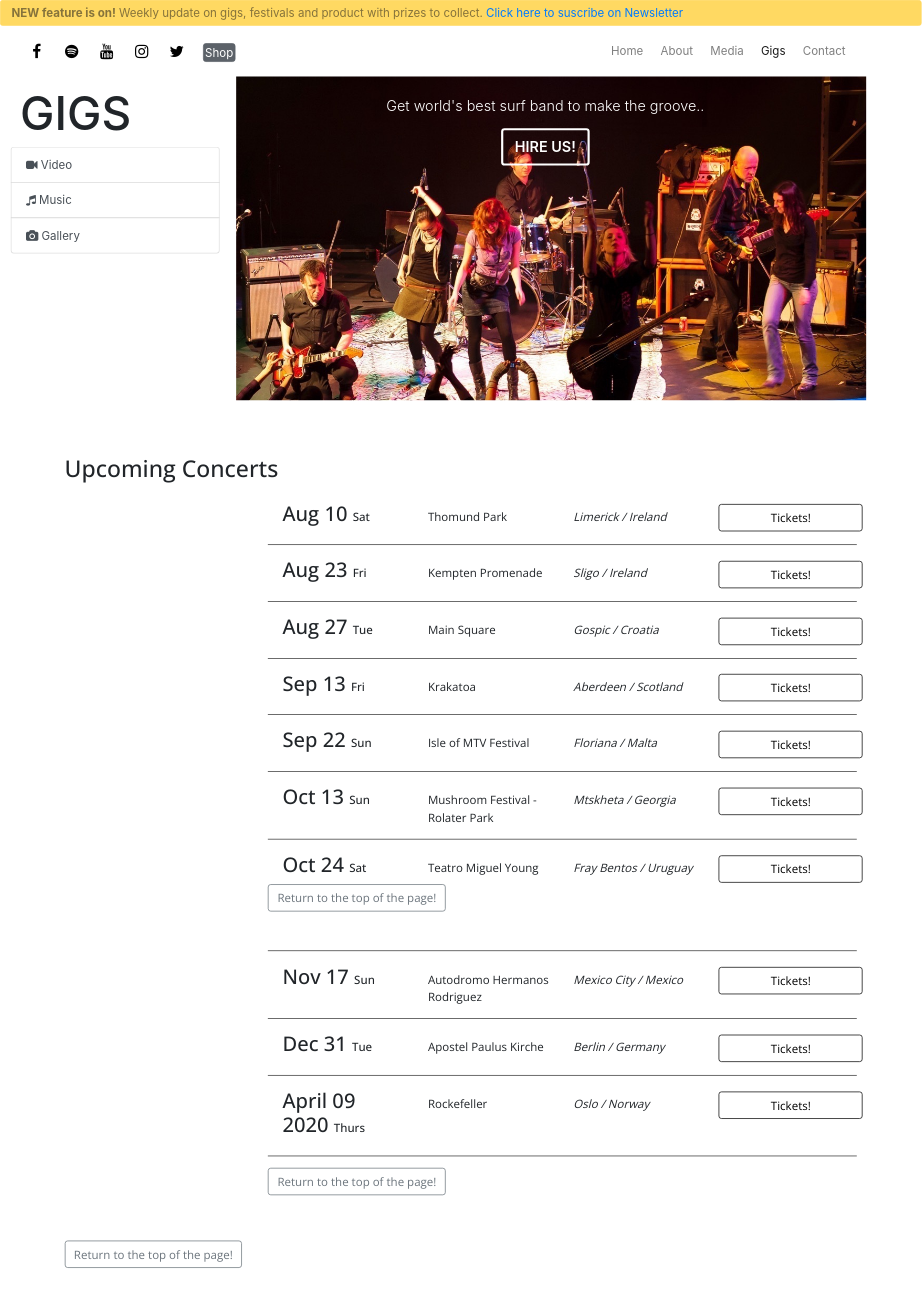
Repository: NamcorStudent/Stream_1_Project_HTML5-CSS3
Page: gigs.html
The author's editor kept a record of every edit. The page is drawn from the files as they stood at one moment, then again after the next edit.
The browser window is 1280 px wide. The pictures show the whole page, at 72% of full size.
Some web libraries are served in a nearby version.

Above is the page before.

After the next edit:
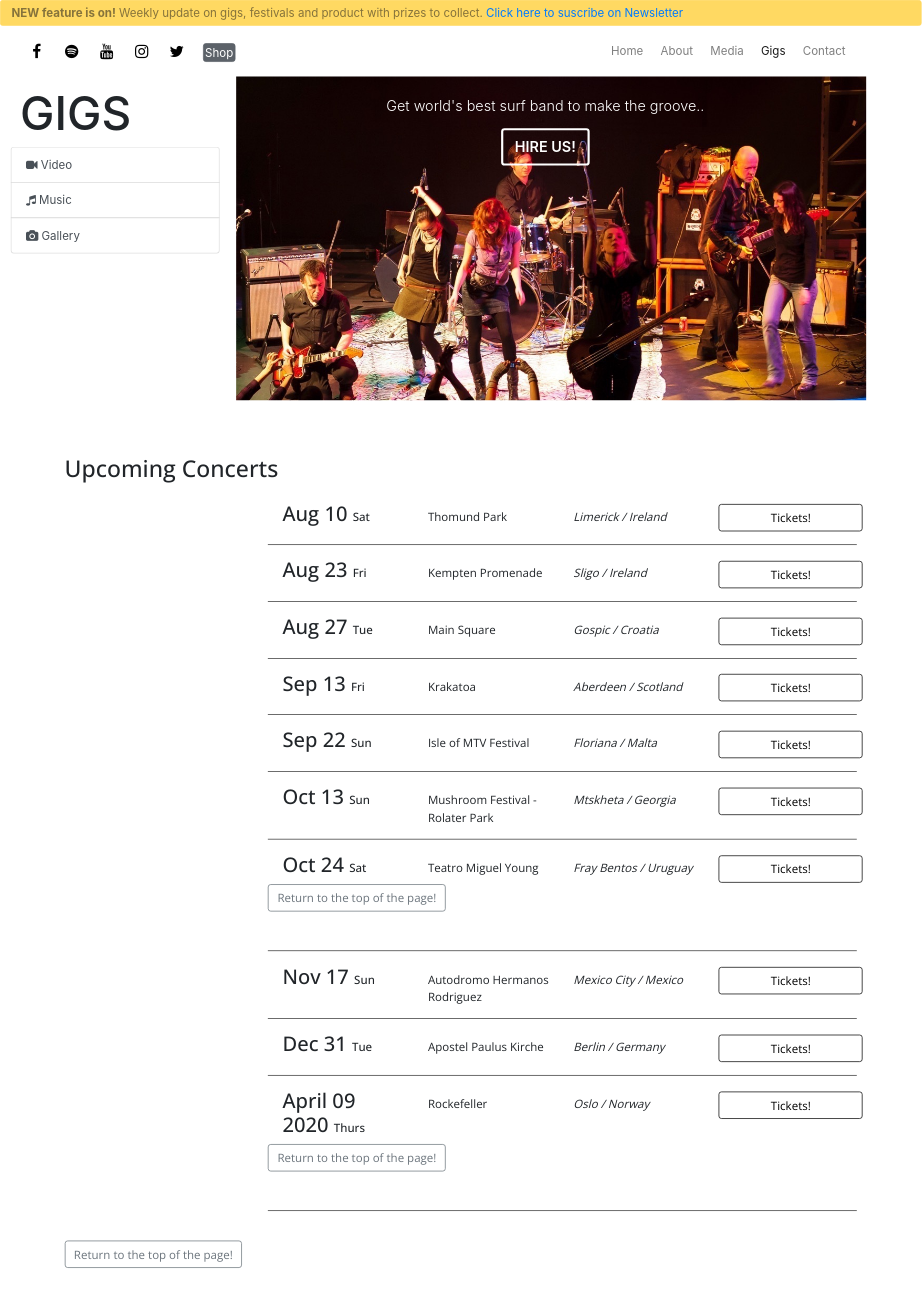
The edit:
--- a/gigs.html
+++ b/gigs.html
@@ -213,9 +213,8 @@
                                     <div class="col-lg-3 gigs-info"><span class="align-bottom"><i>Oslo / Norway</i></span></div>
                                     <div class="col-lg-3 gigs-info tickets-btn-center"><a target="_blank" href="https://www.viagogo.ie/Festival-Tickets/Festivals-in-Norway/Inferno-Metal-Festival-Tickets/E-3689831"><button type="button" class="btn btn-primary btn-tickets">Tickets!</button></a></div>
                                 </div>
-                                <hr class="video-divider">
-                                <a href="gigs.html"><button type="button" class="btn btn-outline-secondary">Return to the top of the page!</button></a>
-
+                                 <a href="gigs.html"><button type="button" class="btn btn-outline-secondary">Return to the top of the page!</button></a>
+                                <hr class="video-divider">
                                 </div>
                             </div>
                         </div>
